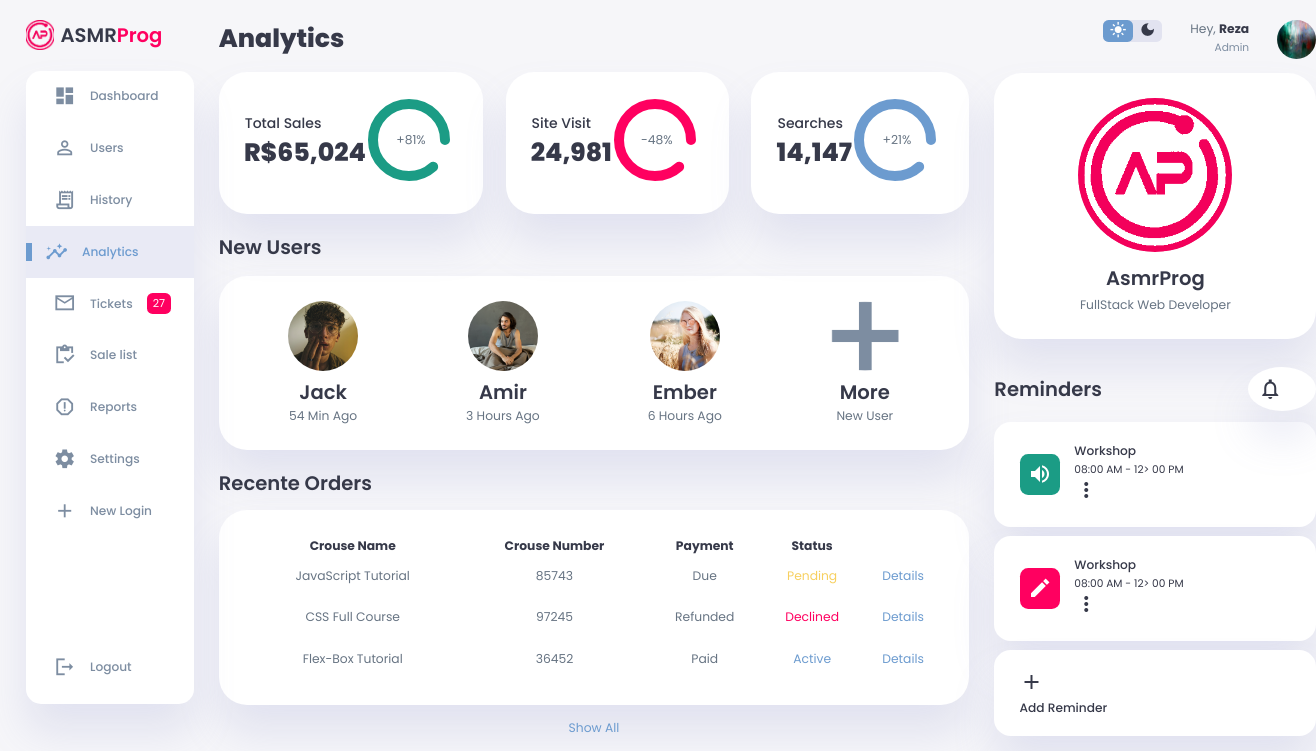
Repository: pheonix5/ProjetosRN-linux
Page: DashBoard/index.html
The author's editor kept a copy of each file at every save. The page is drawn from the files as they stood at one save, then again after the next save.
The browser window is 1280 px wide. The page is 1316 px wide, so the pictures cover 1316 px, including what lies to the right of the window. The pictures show the whole page.

Above is the page before, as saved 2023-08-06 03:09:14.

### DashBoard/index.html
<!DOCTYPE html>
<html lang="pt-br">

<head>
  <meta charset="UTF-8">
  <meta name="viewport" content="width=device-width, initial-scale=1.0">
  <link href="https://fonts.googleapis.com/icon?family=Material+Icons+Sharp" rel="stylesheet">
  <link rel="stylesheet" href="style.css">
  <title>Responsive Dashboard Design #1</title>
</head>

<body>

  <div class="container">
    <!-- Siderbar Section -->
    <aside>
      <div class="toggle">
        <div class="logo">
          <img src="images/logo.png">
          <h2>ASMR<span class="danger">Prog</span></h2>
        </div>
        <div class="close" id="close-btn">
          <span class="material-icons-sharp">
            close
          </span>
        </div>
      </div>

      <div class="sidebar">
        <a href="#">
          <span class="material-icons-sharp">
            dashboard
          </span>
          <h3>Dashboard</h3>
        </a>
        <a href="#">
          <span class="material-icons-sharp">
            person_outline
          </span>
          <h3>Users</h3>
        </a>
        <a href="#">
          <span class="material-icons-sharp">
            receipt_long
          </span>
          <h3>History</h3>
        </a>
        <a href="#" class="active">
          <span class="material-icons-sharp">
            insights
          </span>
          <h3>Analytics</h3>
        </a>
        <a href="#">
          <span class="material-icons-sharp">
            mail_outline
          </span>
          <h3>Tickets</h3>
          <span class="message_count">27</span>
        </a>
        <a href="#">
          <span class="material-icons-sharp">
            inventory
          </span>
          <h3>Sale list</h3>
        </a>
        <a href="#">
          <span class="material-icons-sharp">
            report_gmailerrorred
          </span>
          <h3>Reports</h3>
        </a>
        <a href="#">
          <span class="material-icons-sharp">
            settings
          </span>
          <h3>Settings</h3>
        </a>
        <a href="#">
          <span class="material-icons-sharp">
            add
          </span>
          <h3>New Login</h3>
        </a>
        <a href="#">
          <span class="material-icons-sharp">
            logout
          </span>
          <h3>Logout</h3>
        </a>
      </div>
    </aside>
    <!-- Fim da Seção do Sidebar-->

    <!-- Main Content-->
    <main>
      <h1>Analytics</h1>
      <!-- Analyses -->
      <div class="analyse">
        <div class="sales">
          <div class="status">
            <div class="info">
              <h3>Total Sales</h3>
              <h1>R$65,024</h1>
            </div>
            <div class="progresss">
              <svg>
                <circle cx="38" cy="38" r="36"></circle>
              </svg>
              <div class="percentage">
                <p>+81%</p>
              </div>
            </div>
          </div>
        </div>

        <div class="visits">
          <div class="status">
            <div class="info">
              <h3>Site Visit</h3>
              <h1>24,981</h1>
            </div>
            <div class="progresss">
              <svg>
                <circle cx="38" cy="38" r="36"></circle>
              </svg>
              <div class="percentage">
                <p>-48%</p>
              </div>
            </div>
          </div>
        </div>

        <div class="searches">
          <div class="status">
            <div class="info">
              <h3>Searches</h3>
              <h1>14,147</h1>
            </div>
            <div class="progresss">
              <svg>
                <circle cx="38" cy="38" r="36"></circle>
              </svg>
              <div class="percentage">
                <p>+21%</p>
              </div>
            </div>
          </div>
        </div>
      </div>
      <!-- End Of Analyses -->

      <!--  New Users Section -->
      <div class="new-users">
        <h2>New Users</h2>
        <div class="user-list">
          <div class="user">
            <img src="images/profile-2.jpg">
            <h2>Jack</h2>
            <p>54 Min Ago</p>
          </div>
          <div class="user">
            <img src="images/profile-3.jpg">
            <h2>Amir</h2>
            <p>3 Hours Ago</p>
          </div>
          <div class="user">
            <img src="images/profile-4.jpg">
            <h2>Ember</h2>
            <p>6 Hours Ago</p>
          </div>
          <div class="user">
            <img src="images/plus.png">
            <h2>More</h2>
            <p>New User</p>
          </div>
        </div>
      </div>
      <!-- End of New Users Section -->


      <!-- Recente Orders Table -->
      <div class="recent-orders">
        <h2>Recente Orders</h2>
        <table>
          <thead>
            <tr>
              <th>Crouse Name</th>
              <th>Crouse Number</th>
              <th>Payment</th>
              <th>Status</th>
              <th></th>
            </tr>
          </thead>
          <tbody>

          </tbody>
        </table>
        <a href="#">Show All</a>
      </div>
      <!-- End of Recent Orders -->

    </main>
    <!-- End of Main Content -->

    <!-- Right Section-->
    <div class="right-section">
      <div class="nav">
        <button id="menu-btn">
          <span class="material-icons-sharp">
            menu
          </span>
        </button>
        <div class="dark-mode">
          <span class="material-icons-sharp active">
            light_mode
          </span>
          <span class="material-icons-sharp">
            dark_mode
          </span>
        </div>

        <div class="profile">
          <div class="info">
            <p>Hey, <b>Reza</b></p>
            <small class="text-muted">Admin</small>
          </div>
          <div class="profile-photo">
            <img src="images/profile-1.jpg">
          </div>
        </div>

      </div>
      <!-- End of Nav -->

      <div class="user-profile">
        <div class="logo">
          <img src="images/logo.png">
          <h2>AsmrProg</h2>
          <p>FullStack Web Developer</p>
        </div>
      </div>

      <div class="reminders">
        <div class="header">
          <h2>Reminders</h2>
          <span class="material-icons-sharp">
            notifications_nones
          </span>
        </div>

        <div class="notification">
          <div class="icon">
            <span class="material-icons-sharp">
              volume_up
            </span>
          </div>
          <div class="content">
            <div class="info">
              <h3>Workshop</h3>
              <small class="text_muted">
                08:00 AM - 12> 00 PM
              </small>
            </div>
            <span class="material-icons-sharp">
              more_vert
            </span>
          </div>
        </div>

        <div class="notification deactive">
          <div class="icon">
            <span class="material-icons-sharp">
              edit
            </span>
          </div>
          <div class="content">
            <div class="info">
              <h3>Workshop</h3>
              <small class="text_muted">
                08:00 AM - 12> 00 PM
              </small>
            </div>
            <span class="material-icons-sharp">
              more_vert
            </span>
          </div>
        </div>

        <div class="notification add-reminder">
          <div>
            <span class="material-icons-sharp">
              add
            </span>
            <h3>Add Reminder</h3>
          </div>
        </div>

      </div>
    </div>


  </div>

  <script src="orders.js"></script>
  <script src="index.js"></script>
</body>

</html>

### DashBoard/style.css
@import url('https://fonts.googleapis.com/css2?family=Barlow:ital,wght@0,100;0,200;0,300;0,400;0,500;0,600;0,700;0,800;0,900;1,100;1,200;1,300;1,400;1,500;1,600;1,700;1,800;1,900&family=Poppins:wght@300;400;500;600;700;800&display=swap');

:root{
  --color-primary: #6C9BCF;
    --color-danger: #FF0060;
    --color-success: #1B9C85;
    --color-warning: #F7D060;
    --color-white: #fff;
    --color-info-dark: #7d8da1;
    --color-dark: #363949;
    --color-light: rgba(132, 139, 200, 0.18);
    --color-dark-variant: #677483;
    --color-background: #f6f6f9;

    --card-border-radius: 2rem;
    --border-radius-1: 0.4rem;
    --border-radius-2: 1.2rem;

    --card-padding: 1.8rem;
    --padding-1: 1.2rem;

    --box-shadow: 0 2rem 3rem var(--color-light);
}

.dark-mode-variables{
  --color-background: #181a1e;
    --color-white: #202528;
    --color-dark: #edeffd;
    --color-dark-variant: #a3bdcc;
    --color-light: rgba(0, 0, 0, 0.4);
    --box-shadow: 0 2rem 3rem var(--color-light);
}

*{
  margin: 0;
  padding: 0;
  outline: 0;
  appearance: 0;
  border: 0;
  text-decoration: none;
  box-sizing: border-box;
}

html{
  font-size: 14px;
}

body{
  width: 100vw;
  height: 100vh;
  font-family: 'Poppins', sans-serif;
  font-size: 0.88rem;
  user-select: none;
  overflow-x: hidden;
  color: var(--color-dark);
  background-color: var(--color-background);
}

a{
  color: var(--color-dark);
}

img{
  display: block;
  width: 100%;
  object-fit: cover;
}

h1{
  font-weight: 800;
  font-size: 1.8rem;
}

h2{
  font-weight: 600;
  font-size: 1.4rem;
}

h3{
  font-weight: 500;
  font-size: 0.87rem;
}

small{
  font-size: 0.76rem;
}

p{
  color: var(--color-dark-variant);
}

b{
  color: var(--color-dark);
}

.text-muted{
  color: var(--color-info-dark);
}

.primary{
  color: var(--color-primary);
}

.danger{
  color: var(--color-danger);
}

.sucess{
  color: var(--color-success);
}

.warning{
  color: var(--color-warning);
}

.container{
  display: grid;
  width: 96%;
  margin: 0 auto;
  gap: 1.8rem;
  grid-template-columns: 12rem auto 23rem;
}

aside{
  height: 100vh;
}

aside .toggle{
  display: flex;
  align-items: center;
  justify-content: space-between;
  margin-top: 1.4rem;
}

aside .toggle .logo{
  display: flex;
  gap: 0.5rem;
}

aside .toggle .logo img{
  width: 2rem;
  width: 2rem;
}

aside .toggle .close{
  padding-right: 1rem;
  display: none;
}

aside .sidebar{
  display: flex;
  flex-direction: column;
  background-color: var(--color-white);
  box-shadow: var(--box-shadow);
  border-radius: 15px;
  height: 88vh;
  position: relative;
  top: 1.5rem;
  transition: all 0.3s ease;
}

aside .sidebar:hover{
  box-shadow: none;
}

aside .sidebar a{
  display: flex;
  align-items: center;
  color:  var(--color-info-dark);
  height: 3.7rem;
  gap: 1rem;
  position: relative;
  margin-left: 2rem;
  transition: all 0.3s ease;
}

aside .sidebar a span{
  font-size: 1.6rem;
  transition: all 0.3s ease;
}

aside .sidebar a:last-child{
  position: absolute;
  bottom: 0.8rem;
  width: 100%;
}

aside .sidebar a.active{
  width: 100%;
  color: var(--color-primary);
  background-color: var(--color-light);
  margin-left: 0;
}

aside .sidebar a.active::before{
  content: '';
  width: 6px;
  height: 18px;
  background-color: var(--color-primary);
}

aside .sidebar a.active span{
  color: var(--color-primary);
  margin-left: calc(1rem -3px);
}

aside .sidebar a:hover{
  color: var(--color-primary);
}

aside .sidebar a:hover span{
  margin-left: 0.6rem;
}

aside .sidebar .message_count{
  background-color: var(--color-danger);
  padding: 2px 6px;
  color: var(--color-white);
  font-size: 11px;
  border-radius: var(--border-radius-1);
}

main{
  margin-top: 1.4rem;
}

main .analyse{
  display: grid;
  grid-template-columns: repeat(3, 1fr);
  gap: 1.6rem;
}

main .analyse > div{
  background-color: var(--color-white);
  padding: var(--card-padding);
  border-radius: var(--card-border-radius);
  margin-top: 1rem;
  box-shadow: var(--box-shadow);
  cursor: pointer;
  transition: all 0.3s ease;
}

main .analyse > div:hover{
  box-shadow: none;
}

main .analyse > div .status{
  display: flex;
  align-items: center;
  justify-content: space-between;
}


main .analyse h3{
  margin-left: .06rem;
  font-size: 1rem;
}

main .analyse .progresss{
  position: relative;
  width: 92px;
  height: 92px;
  border-radius: 50%;
}

main .analyse svg{
  width: 7rem;
  height: 7rem;
}

main .analyse svg circle{
  fill: none;
  stroke-width: 10;
  stroke-linecap: round;
  transform: translate(5px, 5px);
}

main .analyse .sales svg circle{
  stroke: var(--color-success);
  stroke-dashoffset: -30;
  stroke-dasharray: 200;
}

main .analyse .visits svg circle{
  stroke: var(--color-danger);
  stroke-dashoffset: -30;
  stroke-dasharray: 200;
}

main .analyse .searches svg circle{
  stroke: var(--color-primary);
  stroke-dashoffset: -30;
  stroke-dasharray: 200;
}

main .analyse .progresss .percentage{
  position: absolute;
  top: -3px;
  left: -1px;
  display: flex;
  align-items: center;
  justify-content: center;
  height: 100%;
  width: 100%;
}

main .new-users{
  margin-top: 1.3rem;
}

main .new-users .user-list{
  background-color: var(--color-white);
  padding: var(--card-padding);
  border-radius: var(--card-border-radius);
  margin-top: 1rem;
  box-shadow: var(--box-shadow);
  display: flex;
  justify-content: space-around;
  flex-wrap: wrap;
  gap: 1.4rem;
  transition: all 0.3s ease;
}

main .new-users .user-list:hover{
  box-shadow: none;
}

main .new-users .user-list .user{
  display: flex;
  flex-direction: column;
  align-items: center;
  justify-content: center;
}

main .new-users .user-list .user img{
  width: 5rem;
  height: 5rem;
  margin-bottom: 0.4rem;
  border-radius: 50%;
}

main .recent-orders{
  margin-top: 1.3rem;
}

main .recent-orders h2{
  margin-bottom: 0.8rem;
}

main .recent-orders table{
  background-color: var(--color-white);
  width: 100%;
  padding: var(--card-padding);
  text-align: center;
  box-shadow: var(--box-shadow);
  border-radius: var(--card-border-radius);
  transition: all 0.3s ease;
}

main .recent-orders table:hover{
  box-shadow: none;
}

main table tbody td{
  height: 2.8rem;
  border-bottom: 1px solid var(--color-white);
  color: var(--color-dark-variant);
}

main table tbody tr:last-child td{
  border: none;
}

main .recent-orders a{
  text-align: center;
  display: block;
  margin: 1rem auto;
  color:  var(--color-primary);
}

.right-section{
  margin-top: 1.4rem;
}

.right-section .nav{
  display: flex;
  justify-content: end;
  gap: 2rem;
}

.right-section .nav button{
  display: none;
}

.right-section .dark-mode{
  background-color: var(--color-light);
  display: flex;
  justify-content: space-between;
  align-items: center;
  height: 1.6rem;
  width: 4.2rem;
  cursor: pointer;
  border-radius: var(--border-radius-1);
}

.right-section .dark-mode span{
  font-size: 1.2rem;
  width: 50%;
  height: 100%;
  display: flex;
  align-items: center;
  justify-content: center;
}

.right-section .dark-mode span.active{
  background-color: var(--color-primary);
  color: white;
  border-radius: var(--border-radius-1);
}

.right-section .nav .profile{
  display: flex;
  gap: 2rem;
  text-align: right;
}
.right-section .nav .profile .profile-photo{
  width: 2.8rem;
  height: 2.8rem;
  border-radius: 50%;
  overflow: hidden;
}

.right-section .user-profile{
  display: flex;
  justify-content: center;
  text-align: center;
  margin-top: 1rem;
  background-color: var(--color-white);
  padding:  var(--card-padding);
  border-radius: var(--card-border-radius);
  box-shadow: var(--box-shadow);
  cursor: pointer;
  transition: all 0.3s ease;
}

.right-section .user-profile:hover{
  box-shadow: none;
}

.right-section .user-profile img{
  width: 11rem;
  height: auto;
  margin-bottom: 0.8rem;
  border-radius: 50%;
}

.right-section .user-profile h2{
  margin-bottom: 0.2rem;
}

.right-section .reminders{
  margin-top: 2rem;
}

.right-section .reminders .header{
  display: flex;
  align-items: center;
  justify-content: space-between;
  margin-bottom: 0.8rem;
}

.right-section .reminders .header span{
  padding: 10px;
  box-shadow: var(--box-shadow);
  background-color: var(--color-white);
  border-radius: 50%;
}

.right-section .reminders .notification{
  background-color: var(--color-white);
  display: flex;
  align-items: center;
  gap: 1rem;
  margin-bottom: 0.7rem;
  padding: 1.4rem var(--card-padding);
  border-radius: var(--border-radius-2);
  box-shadow: var(--box-shadow);
  cursor: pointer;
  transition: all 0.3s ease;
}

.right-section .reminders .notification:hover{
  box-shadow: none;
}

.recent-orders .reminders .notification .content{
  display: flex;
  justify-content: space-between;
  align-items: center;
  margin: 0;
  width: 100%;
}

.right-section .reminders .notification .icon{
  padding: 0.6rem;
  color:  var(--color-white);
  background-color: var(--color-success);
  border-radius: 20%;
  display: flex;
}

.right-section .reminders .notification.deactive .icon{
  background-color: var(--color-danger);
}

### DashBoard/orders.js
const Orders = [
  {
    productName: 'JavaScript Tutorial',
    productNumber: '85743',
    paymentStatus: 'Due',
    status: 'Pending'
  },
  {
    productName: 'CSS Full Course',
    productNumber: '97245',
    paymentStatus: 'Refunded',
    status: 'Declined'
  },
  {
    productName: 'Flex-Box Tutorial',
    productNumber: '36452',
    paymentStatus: 'Paid',
    status: 'Active'
  },
]

### DashBoard/index.js
Orders.forEach(order => {
  const tr = document.createElement('tr');
  const trContent = `
    <td>${order.productName}</td>
    <td>${order.productNumber}</td>
    <td>${order.paymentStatus}</td>
    <td class="${order.status === 'Declined' ? 'danger' : order.status === 'Pending' ? 'warning' : 'primary'}">${order.status}</td>
    <td class="primary">Details</td>
  ` ;
  tr.innerHTML = trContent;
  document.querySelector('table tbody').appendChild(tr)
})

After the next save:
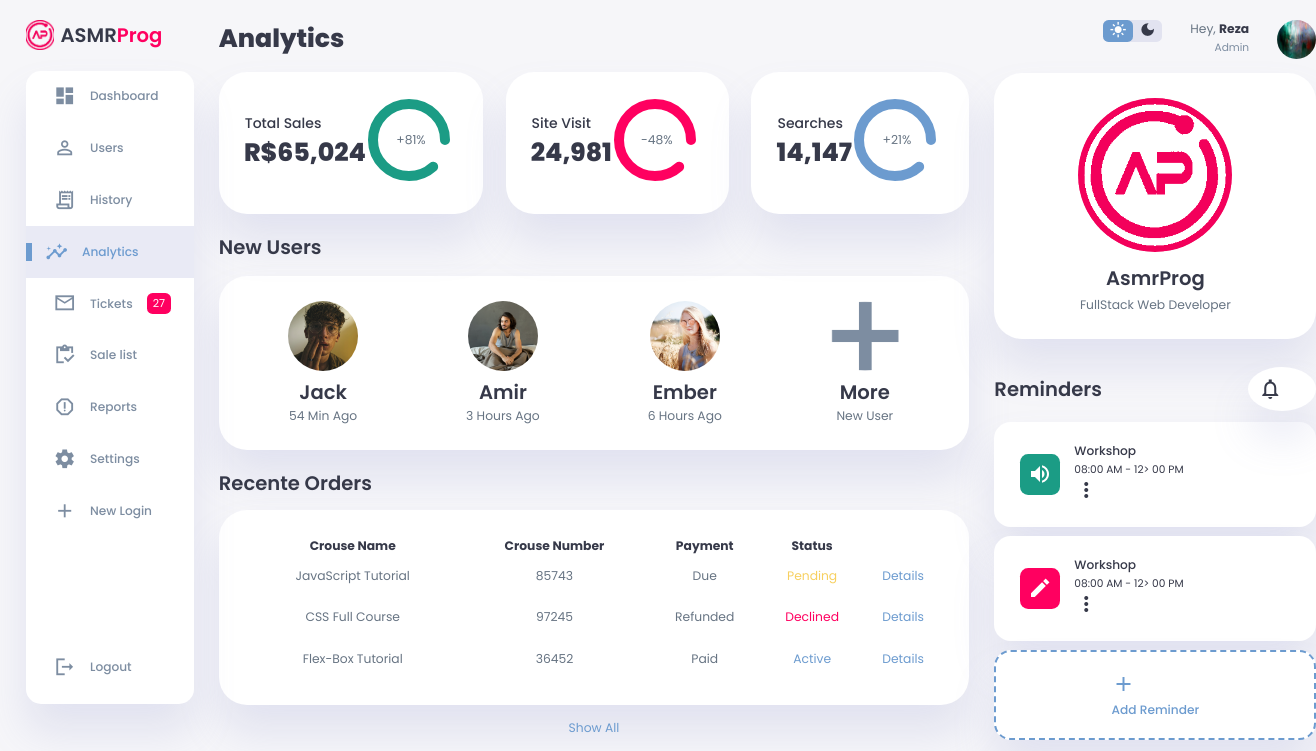
Saved 71 s later.
--- a/DashBoard/style.css
+++ b/DashBoard/style.css
@@ -512,3 +512,13 @@ main .recent-orders a{
 .right-section .reminders .notification.deactive .icon{
   background-color: var(--color-danger);
 }
+
+.right-section .reminders .add-reminder{
+  background-color: var(--color-white);
+  border: 2px dashed var(--color-primary);
+  color: var(--color-primary);
+  display: flex;
+  align-items: center;
+  justify-content: center;
+  cursor: pointer;
+}
